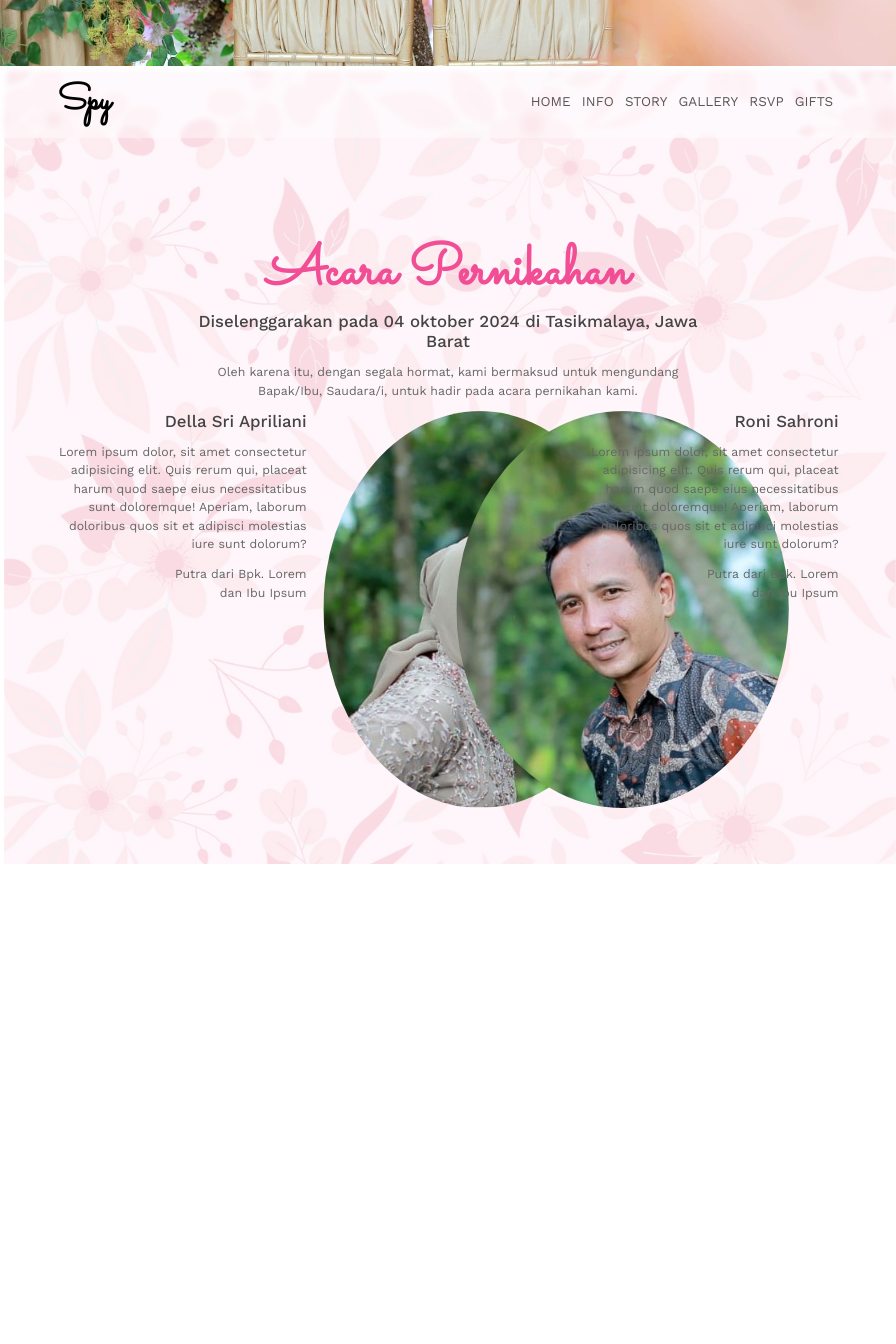
Repository: sellayspy/invitation
Page: index.html
An editor plug-in stored every save of this project. The page is shown before and after the next save, followed by the edit.
The browser window is 1280 px wide. The pictures show the part of the page from y = 626 to 2546 px (the page is 4000 px tall), at 70% of full size.

Above is the page before, as saved 2024-07-08 16:12:06.

### index.html
<!DOCTYPE html>
<html lang="en">
  <head>
    <meta charset="utf-8" />
    <meta name="viewport" content="width=device-width, initial-scale=1" />
    <title>Dela & Roni</title>
    <link
      href="https://cdn.jsdelivr.net/npm/bootstrap@5.3.3/dist/css/bootstrap.min.css"
      rel="stylesheet"
      integrity="sha384-QWTKZyjpPEjISv5WaRU9OFeRpok6YctnYmDr5pNlyT2bRjXh0JMhjY6hW+ALEwIH"
      crossorigin="anonymous"
    />
    <link rel="preconnect" href="https://fonts.googleapis.com" />
    <link rel="preconnect" href="https://fonts.gstatic.com" crossorigin />
    <link
      href="https://fonts.googleapis.com/css2?family=Sacramento&family=Work+Sans:ital,wght@0,100..900;1,100..900&display=swap"
      rel="stylesheet"
    />

    <!--Simple Coutdown-->
    <link rel="stylesheet" href="coutdown/simplyCountdown.theme.default.css" />
    <script src="coutdown/simplyCountdown.min.js"></script>

    <link rel="stylesheet" href="style.css" />
  </head>
  <body>
    <section
      id="hero"
      class="hero w-100 h-100 p-3 mx-auto text-center d-flex justify-content-center align-items-center text-white"
    >
      <main>
        <h4>Kepada Bapak/Ibu/Saudara/i,</h4>
        <h1>Dela Sri & Roni</h1>
        <p>Akan melangsungkan resepsi pernikahan dalam:</p>
        <div class="simply-countdown"></div>
        <a href="#undangan" class="btn btn-lg mt-4">Lihat Undangan</a>
      </main>
    </section>

    <nav class="navbar navbar-expand-md bg-transparent sticky-top mynavbar">
      <div class="container">
        <a class="navbar-brand" href="#">Spy</a>
        <button
          class="navbar-toggler border-0"
          type="button"
          data-bs-toggle="offcanvas"
          data-bs-target="#offcanvasNavbar"
          aria-controls="offcanvasNavbar"
          aria-label="Toggle navigation"
        >
          <span class="navbar-toggler-icon"></span>
        </button>
        <div
          class="offcanvas offcanvas-end"
          tabindex="-1"
          id="offcanvasNavbar"
          aria-labelledby="offcanvasNavbarLabel"
        >
          <div class="offcanvas-header">
            <h5 class="offcanvas-title" id="offcanvasNavbarLabel">Spy</h5>
            <button
              type="button"
              class="btn-close"
              data-bs-dismiss="offcanvas"
              aria-label="Close"
            ></button>
          </div>
          <div class="offcanvas-body">
            <div class="navbar-nav ms-auto">
              <a class="nav-link" href="#home">Home</a>
              <a class="nav-link" href="#info">Info</a>
              <a class="nav-link" href="#story">Story</a>
              <a class="nav-link" href="#gallery">Gallery</a>
              <a class="nav-link" href="#rsvp">RSVP</a>
              <a class="nav-link" href="#gift">Gifts</a>
            </div>
          </div>
        </div>
      </div>
    </nav>

    <section id="home" class="home">
      <div class="container">
        <div class="row justify-content-center">
          <div class="col-md-8 text-center">
            <h2>Acara Pernikahan</h2>
            <h3>
              Diselenggarakan pada 04 oktober 2024 di Tasikmalaya, Jawa Barat
            </h3>
            <p>
              Oleh karena itu, dengan segala hormat, kami bermaksud untuk
              mengundang Bapak/Ibu, Saudara/i, untuk hadir pada acara pernikahan
              kami.
            </p>
          </div>
        </div>

        <div class="row couple">
          <div class="col-lg-6">
            <div class="row">
              <div class="col-8 text-end">
                <h3>Della Sri Apriliani</h3>
                <p>
                  Lorem ipsum dolor, sit amet consectetur adipisicing elit. Quis
                  rerum qui, placeat harum quod saepe eius necessitatibus sunt
                  doloremque! Aperiam, laborum doloribus quos sit et adipisci
                  molestias iure sunt dolorum?
                </p>
                <p>
                  Putra dari Bpk. Lorem <br />
                  dan Ibu Ipsum
                </p>
              </div>
              <div class="col-4">
                <img
                  src="img/Desain tanpa judul (2).jpg"
                  alt="Roni Sahroni"
                  class="img-responsive rounded-circle"
                />
              </div>
            </div>
          </div>

          <div class="col-lg-6">
            <div class="row">
              <div class="col-4">
                <img
                  src="img/Desain tanpa judul (1).jpg"
                  alt="Roni Sahroni"
                  class="img-responsive rounded-circle"
                />
              </div>
              <div class="col-8 text-end">
                <h3>Roni Sahroni</h3>
                <p>
                  Lorem ipsum dolor, sit amet consectetur adipisicing elit. Quis
                  rerum qui, placeat harum quod saepe eius necessitatibus sunt
                  doloremque! Aperiam, laborum doloribus quos sit et adipisci
                  molestias iure sunt dolorum?
                </p>
                <p>
                  Putra dari Bpk. Lorem <br />
                  dan Ibu Ipsum
                </p>
              </div>
            </div>
          </div>
        </div>
      </div>
    </section>

    <script
      src="https://cdn.jsdelivr.net/npm/bootstrap@5.3.3/dist/js/bootstrap.bundle.min.js"
      integrity="sha384-YvpcrYf0tY3lHB60NNkmXc5s9fDVZLESaAA55NDzOxhy9GkcIdslK1eN7N6jIeHz"
      crossorigin="anonymous"
    ></script>

    <script>
      simplyCountdown(".simply-countdown", {
        year: 2024, // required
        month: 10, // required
        day: 4, // required
        hours: 8, // Default is 0 [0-23] integer
        words: {
          //words displayed into the countdown
          days: { singular: "hari", plural: "hari" },
          hours: { singular: "jam", plural: "jam" },
          minutes: { singular: "menit", plural: "menit" },
          seconds: { singular: "detik", plural: "detik" },
        },
      });
    </script>
  </body>
</html>

### coutdown/simplyCountdown.theme.default.css
.simply-countdown {
  overflow: hidden;
  display: table;
  font-family: "Arial", sans-serif;
  margin: auto;
}
.simply-countdown > .simply-section {
  width: 50px;
  height: 50px;
  padding: 80px;
  display: flex;
  align-items: center;
  justify-content: center;
  float: left;
  margin: 10px;
  background: var(--pink);
  box-shadow: 0 1px 3px rgba(0, 0, 0, 0.12), 0 1px 2px rgba(0, 0, 0, 0.24);
  border-radius: 50%;
}
.simply-countdown > .simply-section .simply-amount,
.simply-countdown > .simply-section .simply-word {
  display: block;
  text-align: center;
}
.simply-countdown > .simply-section .simply-amount {
  font-size: 1.6rem;
}

### style.css
:root {
  --pink: #f14e95;

  --bg: #0a0a0a;

  --shadow: 0 2px 2px rgb(0 0 0/ 0.5);
}

body {
  font-size: 1.2rem;
  font-family: "Work Sans", sans-serif;
  min-height: 4000px;
}

.hero::before {
  content: "";
  position: absolute;
  top: 0;
  left: 0;
  height: 100%;
  width: 100%;
  background-image: url(img/gambar-1.jpg);
  background-size: cover;
  background-position: center;
  z-index: -1;
  filter: blur(1px);
}

.hero {
  position: relative;
  min-height: 100vh;
}

.hero h1,
.hero h4,
.hero p {
  text-shadow: var(--shadow);
}

.hero h1 {
  font-family: "Sacramento", cursive;
  font-size: 6rem;
}

.hero h4 {
  font-size: 1.6rem;
}

.hero p {
  font-size: 1.4rem;
}

.hero a {
  color: var(--pink);

  background-color: white;

  box-shadow: var(--shadow);
}

.hero a:hover {
  background-color: var(--pink);
  color: white;
}

.mynavbar {
  background-color: rgba(255, 255, 255, 0.4) !important;
  backdrop-filter: blur(4px);
}

.mynavbar .offcanvas {
  height: 100vh;
}

.mynavbar .navbar-brand,
.mynavbar .offcanvas-title {
  font-family: "Sacramento", cursive;
  font-size: 3.2rem;
  font-weight: bold;
}

.mynavbar .nav-link {
  text-transform: uppercase;
}

.home {
  background-image: url(img/Desain\ tanpa\ judul.png);
  background-size: cover;
  min-height: 100vh;
  margin-top: -6rem;
  padding-top: 15rem;
  padding-bottom: 5rem;
}

.home h2 {
  color: var(--pink);
  font-family: "Sacramento", cursive;
  font-size: 5rem;
  font-weight: bold;
}

.home h3 {
  color: #444;
  font-size: 1.5rem;
  margin-bottom: 1rem;
}

.home p {
  font-size: 1.1rem;
  color: #666;
}

/* Media Query */

/* Laptop */
@media (max-width: 992px) {
  html {
    font-size: 75%;
  }
  .simply-countdown > .simply-section {
    padding: 70px;
  }
}

/* Tablet */
@media (max-width: 768px) {
  html {
    font-size: 65%;
  }
  .simply-countdown > .simply-section {
    padding: 60px;
    margin: 5px;
  }

  .mynavbar .nav-link {
    font-size: 2rem;
    text-align: center;
  }
}

/* mobile phone */
@media (max-width: 576px) {
  html {
    font-size: 55%;
  }
  .simply-countdown > .simply-section {
    padding: 45px;
    margin: 3px;
  }
}

Loaded but not shown: coutdown/simplyCountdown.min.js (library)

After the next save:
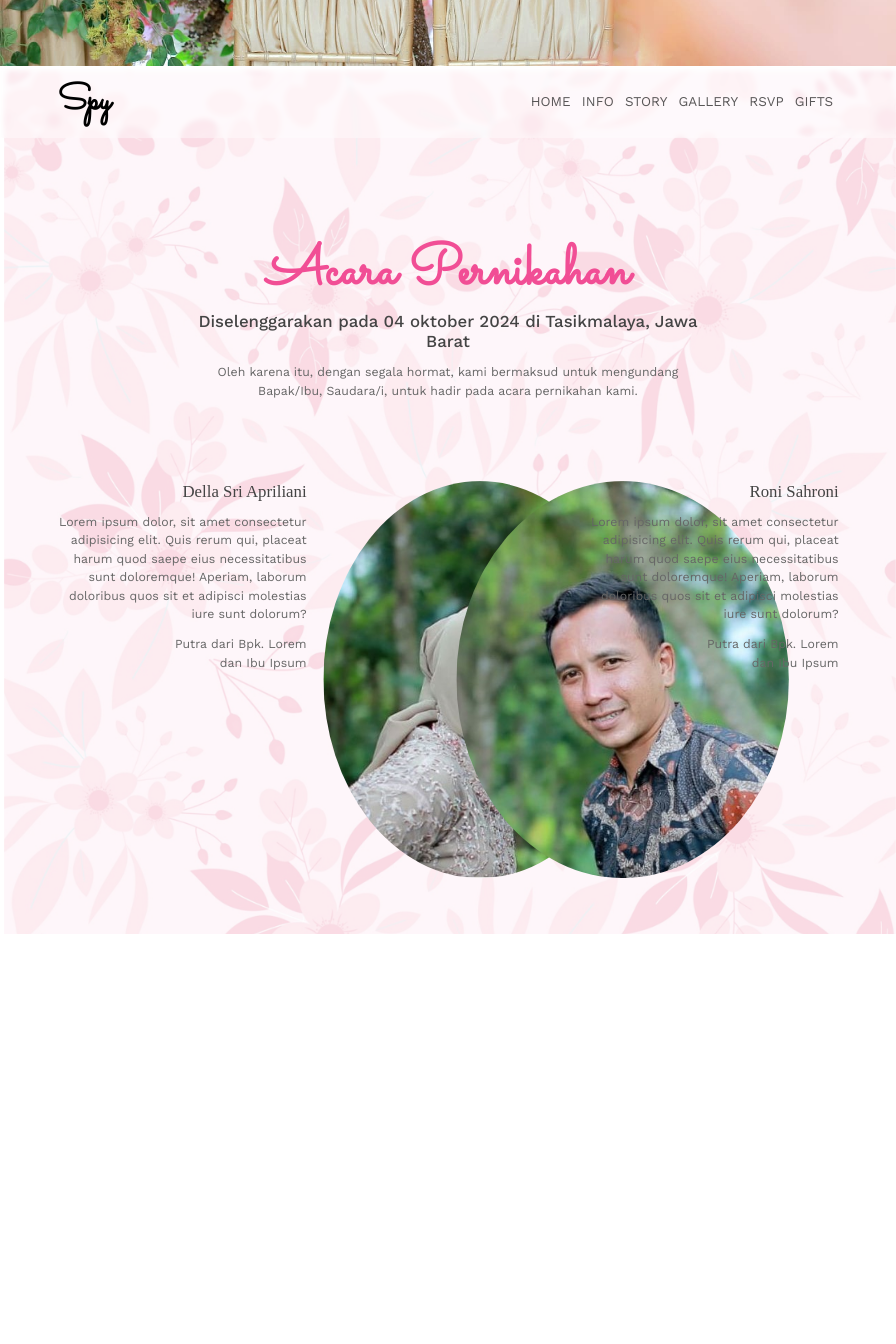
Saved 68 s later.
--- a/style.css
+++ b/style.css
@@ -110,6 +110,14 @@ body {
   color: #666;
 }
 
+.home .couple {
+  margin-top: 100px;
+}
+
+.home .couple h3 {
+  font-family: Sacra;
+}
+
 /* Media Query */
 
 /* Laptop */
